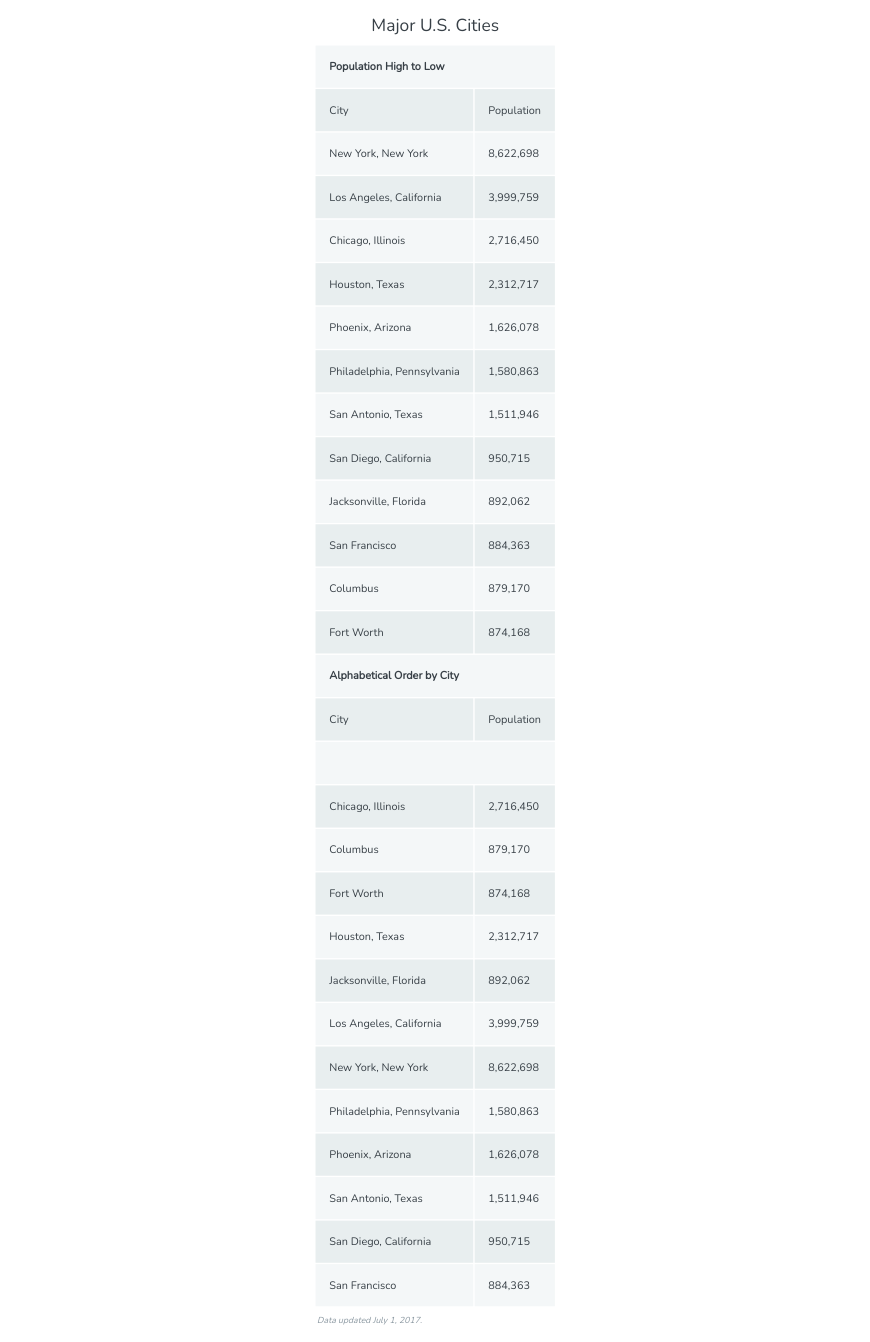
Repository: oduong1/COSW30
Page: http://localhost/homework/hw4/population_array.php
The author's editor kept a record of every edit. The page is drawn from the files as they stood at one moment, then again after the next edit.
The browser window is 1280 px wide. The pictures show the whole page, at 68% of full size.
The page is run by PHP 8.4 with error messages shown; the project is at /var/www/html/.

Above is the page before.
Not found: homework/hw4/normalize.css

### homework/hw4/population_array.php
<!DOCTYPE html>
<html>
  <head>
    <meta charset="utf-8">
    <meta name="viewport" content="width=device-width, initial-scale=1.0">
    <title>City Population</title>
    <link rel="stylesheet" href="normalize.css">
    <link href='http://fonts.googleapis.com/css?family=Nunito:400,300' rel='stylesheet' type='text/css'>
    <link rel="stylesheet" href="table.css">
  </head>
  <body>

      <table>
        <caption>Major U.S. Cities</caption>
        <!--<thead>-->
        <!--    <tr>-->
        <!--      <th scope="col">City</th>-->
        <!--      <th scope="col">Population</th>   -->
        <!--    </tr>-->
        <!--</thead>-->

        <tfoot>
          <tr>
            <td colspan="3">Data updated July 1, 2017.</td>
          </tr>
        </tfoot>
      <tbody>
    <?php // Create array

        $population = [
            "New York, New York" => "8,622,698",
            "Los Angeles, California" => "3,999,759",
            "Chicago, Illinois" => "2,716,450",
            "Houston, Texas" => "2,312,717",
            "Phoenix, Arizona" => "1,626,078",
            "Philadelphia, Pennsylvania" => "1,580,863",
            "San Antonio, Texas" => "1,511,946",
            "San Diego, California" => "950,715",
            "Jacksonville, Florida" => "892,062",
            "San Francisco" => "884,363",
            "Columbus" => "879,170",
            "Fort Worth" => "874,168"
        ];

//display original list
echo '<tr><td colspan="2"><b>Population High to Low</br></td></tr>';
echo '<tr><td>City</td><td>Population</td></tr>';

        foreach ($population as $city => $pop) {
            echo "
                <tr>
                  <td>$city</td>
                  <td>$pop</td>
                </tr>\n";
            }

//display list by city
ksort($population);
echo '<tr><td colspan="2"><b>Alphabetical Order by City</br></td></tr>';
echo '<tr><td>City</td><td>Population</td></tr>';
echo '<tr><td colspan="2"><b></br></td></tr>';
        foreach ($population as $city => $pop) {
            echo "
                <tr>
                  <td>$city</td>
                  <td>$pop</td>
                </tr>\n";
            }
?>
        </tbody>

      </table>

  </body>
</html>

### homework/hw4/table.css
*, *:before, *:after {
  -moz-box-sizing: border-box;
  -webkit-box-sizing: border-box;
  box-sizing: border-box;
}

body {
  font-family: 'Nunito', sans-serif;
  color: #384047;
  text-align: center;
}

table {
  max-width: 960px;
  margin: 10px auto;
}

#center_a {
  display: block;
  max-width: 960px;
  margin: 10px auto;
  color: blue;

}

caption {
  font-size: 1.6em;
  font-weight: 400;
  padding: 10px 0;
}

thead th {
  font-weight: 400;
  background: #8a97a0;
  color: #FFF;
}

tr {
  background: #f4f7f8;
  border-bottom: 1px solid #FFF;
  margin-bottom: 5px;
}

tr:nth-child(even) {
  background: #e8eeef;
}

th {
  text-align: center;
  padding: 20px;
  font-weight: 300;
}

td {
  text-align: left;
  padding: 20px;
  font-weight: 300;
}

tfoot tr {
  background: none;
}

tfoot td {
  padding: 10px 2px;
  font-size: 0.8em;
  font-style: italic;
  color: #8a97a0;
}

After the next edit:
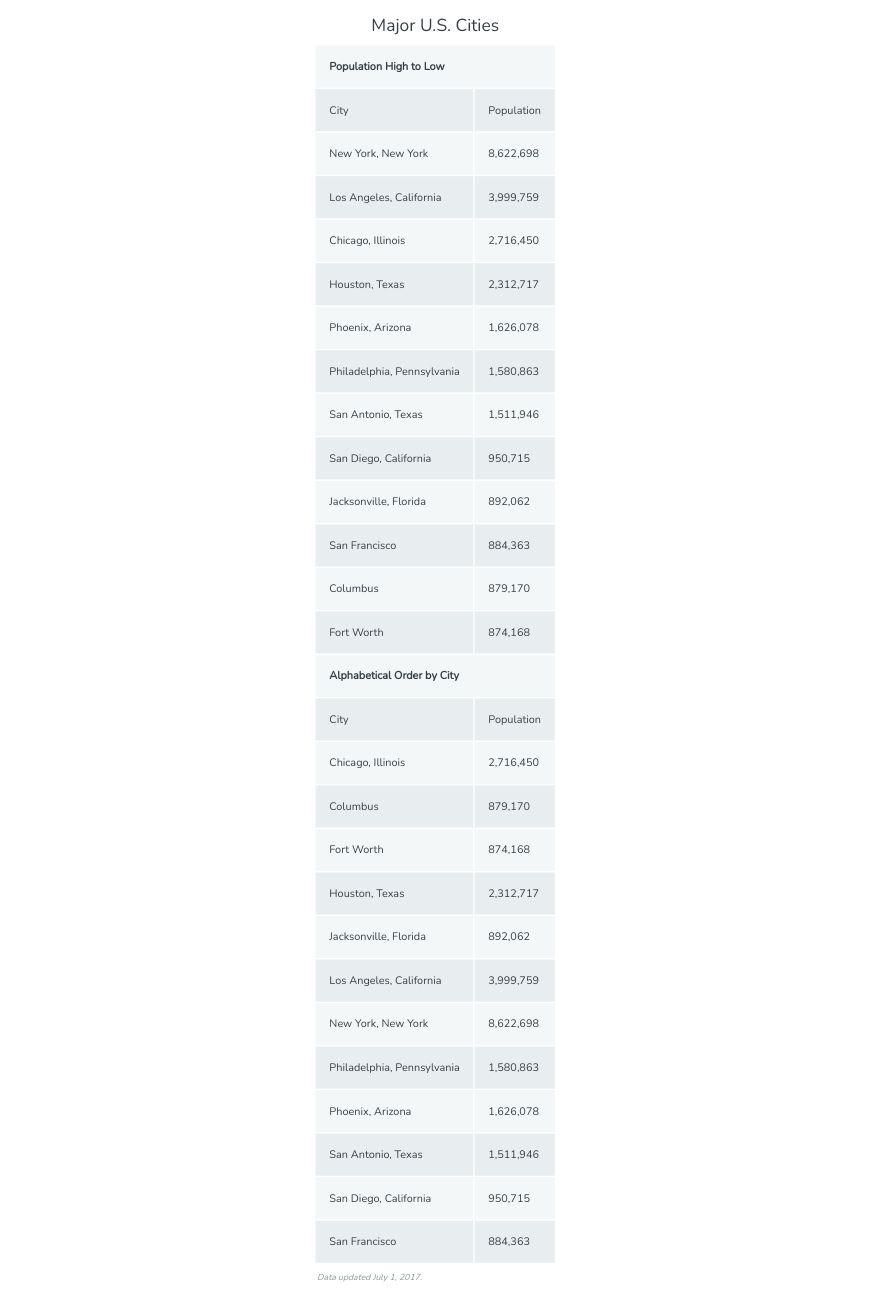
The edit:
--- a/homework/hw4/population_array.php
+++ b/homework/hw4/population_array.php
@@ -58,7 +58,7 @@
 ksort($population);
 echo '<tr><td colspan="2"><b>Alphabetical Order by City</br></td></tr>';
 echo '<tr><td>City</td><td>Population</td></tr>';
-echo '<tr><td colspan="2"><b></br></td></tr>';
+
         foreach ($population as $city => $pop) {
             echo "
                 <tr>
